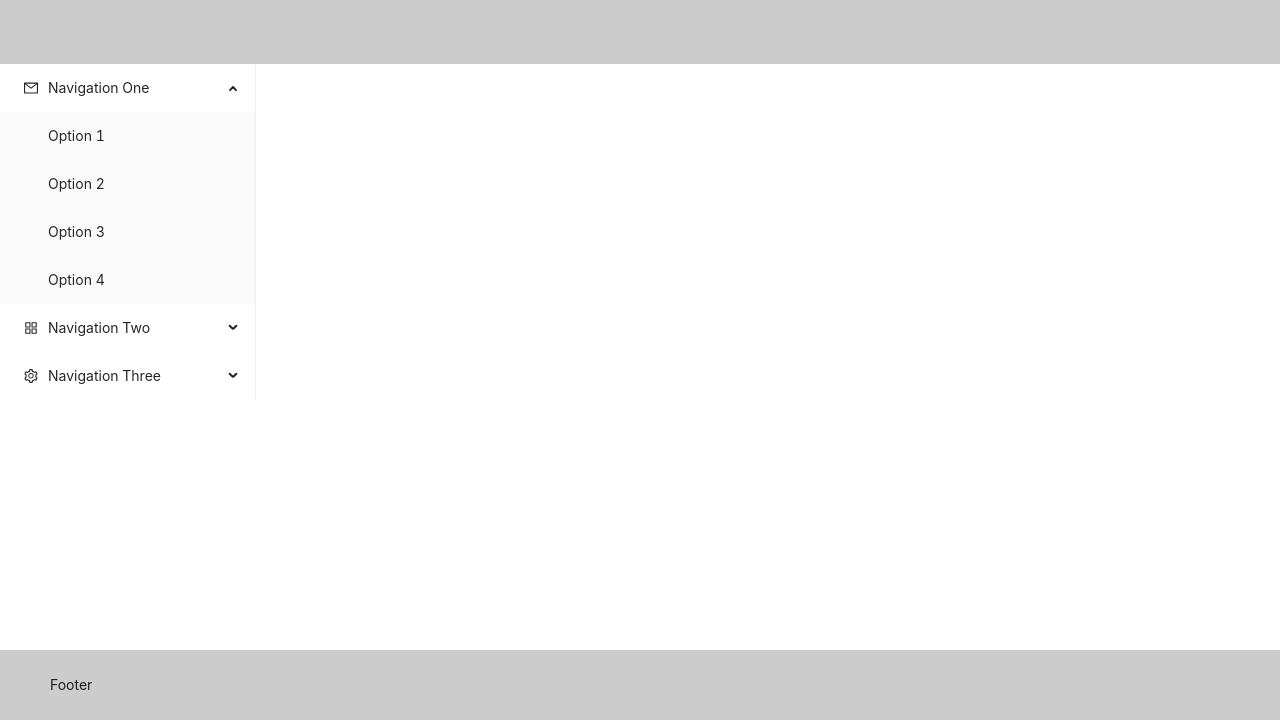
Repository: fangxueliang/react-redux-
Page: /
The author's editor kept a copy of each file at every save. The page is drawn from the files as they stood at one save, then again after the next save.
The browser window is 1280 px wide. The pictures show the whole page.
The project was rebuilt for these pictures with package versions that can differ from the ones it lists, and the page was loaded fresh each time. Also part of the build but not shown: src/Pages/Header/header.css.

Above is the page before, as saved 2020-12-29 18:18:54.

After the next save:
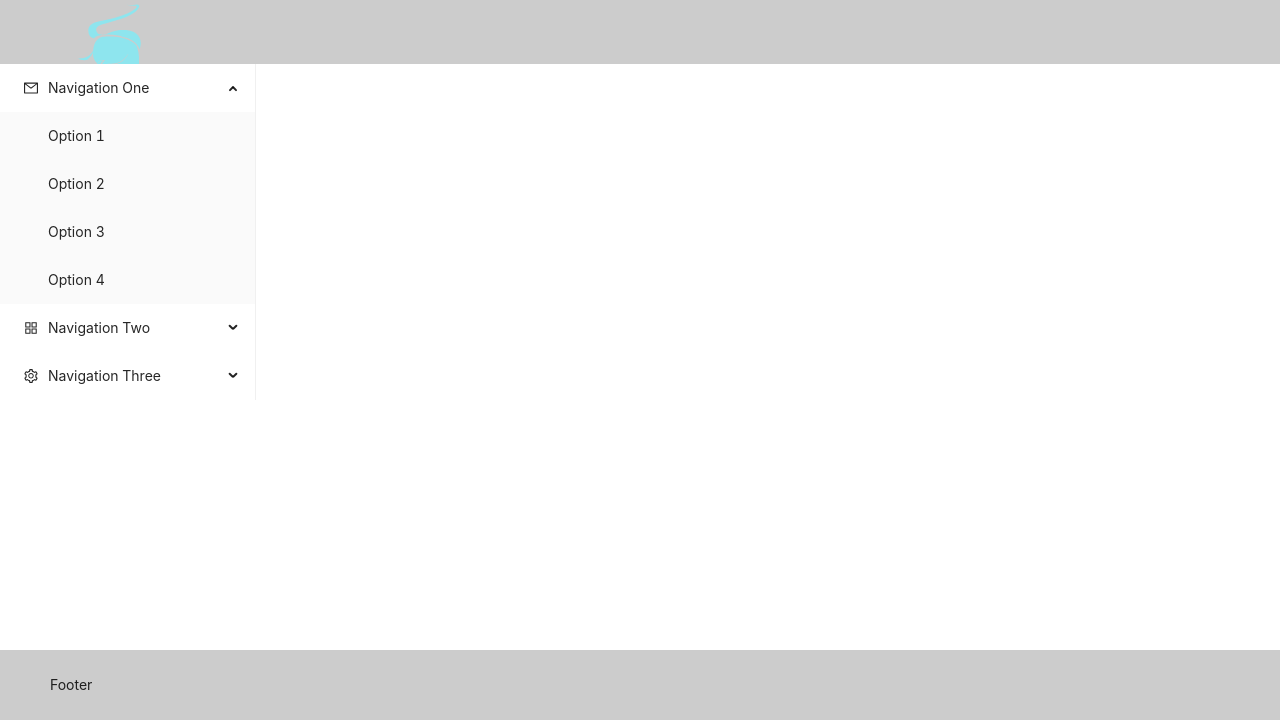
Saved 7 s later.
--- a/src/Pages/Header/header.js
+++ b/src/Pages/Header/header.js
@@ -6,7 +6,7 @@ export const HeaderCommon = () => {
     return (
         <div className="header">
             <div className="header_item">
-                <img></img>
+                <img src={logo}></img>
             </div>
             <div className="header_item"></div>
             <div className="header_item"></div>
